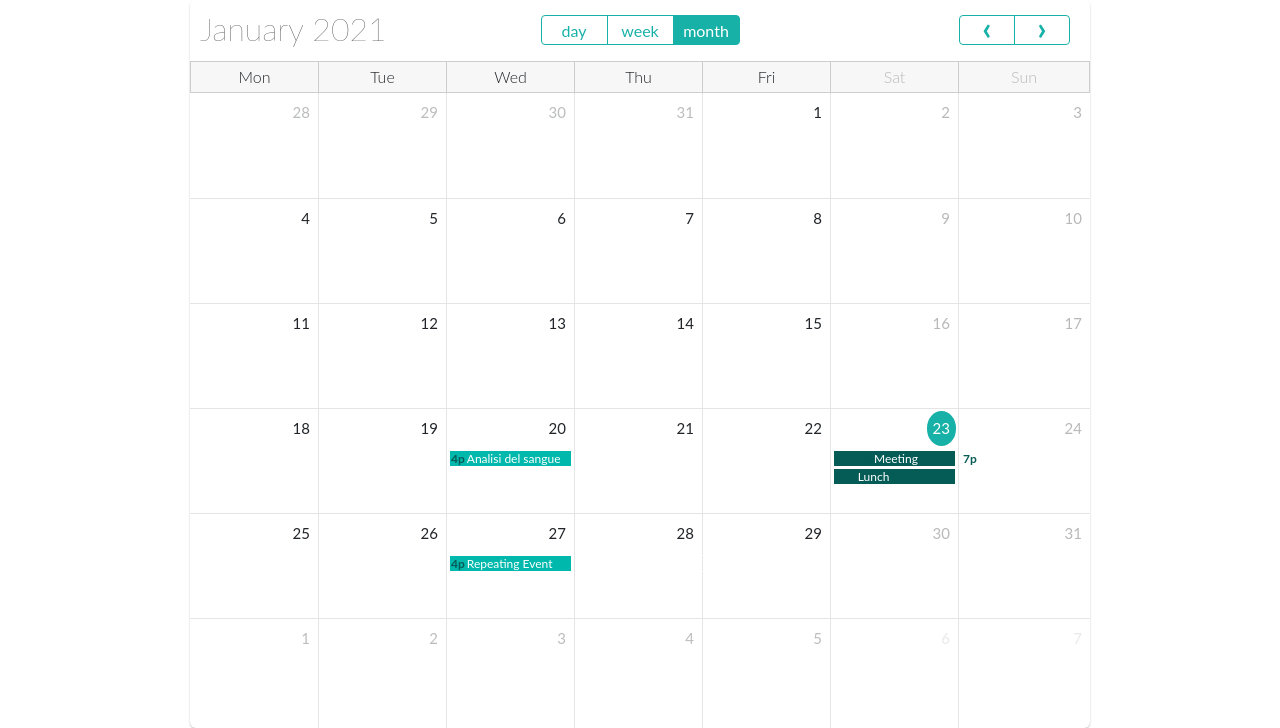
Repository: mohole/icare
Page: sviluppo/calendar/calendar.html
These files come from the project's save history. The page is drawn as it stood at one moment and after the next save; the edit follows.
The browser window is 1280 px wide. The pictures show the whole page.

Above is the page before, as saved 2021-01-25 09:34:37.

### sviluppo/calendar/calendar.html
<!DOCTYPE html>
<html lang="en">
   <head>
      <meta charset="UTF-8">
      <meta name="viewport" content="width=device-width, initial-scale=1.0">
      <!-- ===== CSS ===== -->
      <link rel="stylesheet" href="css/styles.css">
      <link rel="stylesheet" href="css/bootstrap.css">
<link href='css/fullcalendar.css' rel='stylesheet' />

<link rel="stylesheet" href="https://cdnjs.cloudflare.com/ajax/libs/Chart.js/2.9.4/Chart.css" integrity="sha512-C7hOmCgGzihKXzyPU/z4nv97W0d9bv4ALuuEbSf6hm93myico9qa0hv4dODThvCsqQUmKmLcJmlpRmCaApr83g==" crossorigin="anonymous" />
       <link rel="stylesheet" href="https://cdnjs.cloudflare.com/ajax/libs/Chart.js/2.9.4/Chart.css" integrity="sha512-C7hOmCgGzihKXzyPU/z4nv97W0d9bv4ALuuEbSf6hm93myico9qa0hv4dODThvCsqQUmKmLcJmlpRmCaApr83g==" crossorigin="anonymous" />

      <link href="https://fonts.googleapis.com/css2?family=Poppins&display=swap" rel="stylesheet">
      <link rel="stylesheet" href="https://use.fontawesome.com/releases/v5.15.1/css/all.css" integrity="sha384-vp86vTRFVJgpjF9jiIGPEEqYqlDwgyBgEF109VFjmqGmIY/Y4HV4d3Gp2irVfcrp" crossorigin="anonymous">

      <link href="https://fonts.googleapis.com/css2?family=Poppins&display=swap" rel="stylesheet">
      <link rel="stylesheet" href="https://use.fontawesome.com/releases/v5.15.1/css/all.css" integrity="sha384-vp86vTRFVJgpjF9jiIGPEEqYqlDwgyBgEF109VFjmqGmIY/Y4HV4d3Gp2irVfcrp" crossorigin="anonymous">
     <title> CALENDAR </title>
   </head>
   <body>


         </h1>

         </h1>
      </div>
      </div>






   </div>

 </div>
</section>











<div>




</head>
<body>
<div id='wrap'>

<div id='calendar'></div>



</body>




<script src='js/jquery-1.10.2.js' type="text/javascript"></script>
<script src='js/fullcalendar.js' type="text/javascript"></script>



<!-- libreria da usare

</html>

### sviluppo/calendar/css/fullcalendar.css
:root{
	--nav-width: 92px;
	/*===== Colores =====*/
	--first-color:#18B1A8;
		--event-color: #055c56;
	--sub-color: #18B1A8;
	--event-color2: #00b8ac;
	--body-font: 'Poppins', sans-serif;
	--normal-font-size: 1rem;
	--small-font-size: .875rem;
	--z-fixed: 100;
  }

.fc {
	direction: ltr;
	text-align: left;
	}

.fc table {
	border-collapse: collapse;
	border-spacing: 0;
	}




.fc td,
.fc th {
	padding: 0;
	vertical-align: top;
	}



/* Header
------------------------------------------------------------------------*/

.fc-header td {
	white-space: nowrap;
	padding: 15px 10px 0px;
}

.fc-header-left {
	width: 25%;
	text-align: left;
}

.fc-header-center {
	text-align: center;
	}

.fc-header-right {
	width: 25%;
	text-align: right;
	}

.fc-header-title {
	display: inline-block;
	vertical-align: top;
	margin-top: -5px;
}

.fc-header-title h2 {
	margin-top: 0;
	white-space: nowrap;
	font-size: 32px;
    font-weight: 100;
    margin-bottom: 10px;
}

.fc .fc-header-space {
	padding-left: 10px;
	}

.fc-header .fc-button {
	margin-bottom: 1em;
	vertical-align: top;
	}

/* buttons edges butting together */

.fc-header .fc-button {
	margin-right: -1px;
	}

.fc-header .fc-corner-right,  /* non-theme */
.fc-header .ui-corner-right { /* theme */
	margin-right: 0; /* back to normal */
	}

/* button layering (for border precedence) */

.fc-header .fc-state-hover,
.fc-header .ui-state-hover {
	z-index: 2;
	}

.fc-header .fc-state-down {
	z-index: 3;
	}

.fc-header .fc-state-active,
.fc-header .ui-state-active {
	z-index: 4;
	}



/* Content
------------------------------------------------------------------------*/

.fc-content {
	clear: both;
	zoom: 1; /* for IE7, gives accurate coordinates for [un]freezeContentHeight */
	}

.fc-view {
	width: 100%;
	overflow: hidden;
	}



/* Cell Styles
------------------------------------------------------------------------*/

    /* <th>, usually */
.fc-widget-content {  /* <td>, usually */
	border: 1px solid #e5e5e5;
	}
.fc-widget-header{
    border-bottom: 1px solid #EEE;
}


.fc-state-highlight > div > div.fc-day-number{
    background-color: var(--first-color);
    color: #FFFFFF;
    border-radius: 50%;
    margin: 4px;
}

.fc-cell-overlay { /* semi-transparent rectangle while dragging */
	background-color: var(--first-color);
	opacity: .3;
	filter: alpha(opacity=30); /* for IE */
	}



/* Buttons
------------------------------------------------------------------------*/

.fc-button {
	position: relative;
	display: inline-block;
	padding: 0 .6em;
	overflow: hidden;
	height: 1.9em;
	line-height: 1.9em;
	white-space: nowrap;
	cursor: pointer;
	}

.fc-state-default { /* non-theme */
	border: 1px solid;
	}

.fc-state-default.fc-corner-left { /* non-theme */
	border-top-left-radius: 4px;
	border-bottom-left-radius: 4px;
	}

.fc-state-default.fc-corner-right { /* non-theme */
	border-top-right-radius: 4px;
	border-bottom-right-radius: 4px;
	}

/*
	Our default prev/next buttons use HTML entities like &lsaquo; &rsaquo; &laquo; &raquo;
	and we'll try to make them look good cross-browser.
*/

.fc-text-arrow {
	margin: 0 .4em;
	font-size: 2em;
	line-height: 23px;
	vertical-align: baseline; /* for IE7 */
	}

.fc-button-prev .fc-text-arrow,
.fc-button-next .fc-text-arrow { /* for &lsaquo; &rsaquo; */
	font-weight: bold;
	}

/* icon (for jquery ui) */

.fc-button .fc-icon-wrap {
	position: relative;
	float: left;
	top: 50%;
	}

.fc-button .ui-icon {
	position: relative;
	float: left;
	margin-top: -50%;
	*margin-top: 0;
	*top: -50%;
	}


.fc-state-default {
	border-color: var(--first-color);
	color: var(--first-color);
}
.fc-button-month.fc-state-default, .fc-button-agendaWeek.fc-state-default, .fc-button-agendaDay.fc-state-default{
    min-width: 67px;
	text-align: center;
	transition: all 0.2s;
	-webkit-transition: all 0.2s;
}
.fc-state-hover,
.fc-state-down,
.fc-state-active,
.fc-state-disabled {
	color: #333333;
	background-color: #FFE3E3;
	}

.fc-state-hover {
	color: var(--first-color);
	text-decoration: none;
	background-position: 0 -15px;
	-webkit-transition: background-position 0.1s linear;
	   -moz-transition: background-position 0.1s linear;
	     -o-transition: background-position 0.1s linear;
	        transition: background-position 0.1s linear;
	}

.fc-state-down,
.fc-state-active {
	background-color:var(--first-color);

	background-image: none;
	outline: 0;
	color: #FFFFFF;
}

.fc-state-disabled {
	cursor: default;
	background-image: none;
	background-color: #FFE3E3;
	filter: alpha(opacity=65);
	box-shadow: none;
	border:1px solid #FFE3E3;
	color:var(--first-color);

	}



/* Global Event Styles
------------------------------------------------------------------------*/

.fc-event-container > * {
	z-index: 8;
	}

.fc-event-container > .ui-draggable-dragging,
.fc-event-container > .ui-resizable-resizing {
	z-index: 9;
	}

.fc-event {
	border: 1px solid #FFF; /* default BORDER color */

	color:black;               /* default TEXT color */
	font-size: 12px;
	cursor: default;
}
.fc-event.chill{
	background: var(--event-color2);
}
.fc-event.info{
	background: var(--event-color2);
}
.fc-event.important{
    background-color: var(--event-color);
}
.fc-event.success{	background: var(--event-color);
}
.fc-event:hover{
    opacity: 0.7;
}
a.fc-event {
	text-decoration: none;
	}

a.fc-event,
.fc-event-draggable {
	cursor: pointer;
	}

.fc-rtl .fc-event {
	text-align: right;
	}

.fc-event-inner {
	width: 100%;
	height: 100%;
	overflow: hidden;
	line-height: 15px;
	}

.fc-event-time,
.fc-event-title {
	color: white;
	padding: 0 1px;
	}

.fc .ui-resizable-handle {
	display: block;
	position: absolute;
	z-index: 99999;
	overflow: hidden; /* hacky spaces (IE6/7) */
	font-size: 300%;  /* */
	line-height: 50%; /* */
	}



/* Horizontal Events
------------------------------------------------------------------------*/

.fc-event-hori {
	border-width: 1px 0;
	margin-bottom: 1px;
	}

.fc-ltr .fc-event-hori.fc-event-start,
.fc-rtl .fc-event-hori.fc-event-end {
	border-left-width: 1px;
	/*
border-top-left-radius: 3px;
	border-bottom-left-radius: 3px;
*/
	}

.fc-ltr .fc-event-hori.fc-event-end,
.fc-rtl .fc-event-hori.fc-event-start {
	border-right-width: 1px;
	/*
border-top-right-radius: 3px;
	border-bottom-right-radius: 3px;
*/
	}

/* resizable */

.fc-event-hori .ui-resizable-e {
	top: 0           !important; /* importants override pre jquery ui 1.7 styles */
	right: -3px      !important;
	width: 7px       !important;
	height: 100%     !important;
	cursor: e-resize;
	}

.fc-event-hori .ui-resizable-w {
	top: 0           !important;
	left: -3px       !important;
	width: 7px       !important;
	height: 100%     !important;
	cursor: w-resize;
	}

.fc-event-hori .ui-resizable-handle {
	_padding-bottom: 14px; /* IE6 had 0 height */
	}



/* Reusable Separate-border Table
------------------------------------------------------------*/

table.fc-border-separate {
	border-collapse: separate;
	}

.fc-border-separate th,
.fc-border-separate td {
	border-width: 1px 0 0 1px;
	}

.fc-border-separate th.fc-last,
.fc-border-separate td.fc-last {
	border-right-width: 1px;
	}


.fc-border-separate .fc-week .fc-first{
    border-left: 0;
}
.fc-border-separate .fc-week .fc-last{
    border-right: 0;
}
.fc-border-separate tr.fc-last th{
    border-bottom-width: 1px;
    border-color: #cdcdcd;
    font-size: 16px;
    font-weight: 300;
	line-height: 30px;
}
.fc-border-separate tbody tr.fc-first td,
.fc-border-separate tbody tr.fc-first th {
	border-top-width: 0;
	}



/* Month View, Basic Week View, Basic Day View
------------------------------------------------------------------------*/

.fc-grid th {
	text-align: center;
	}

.fc .fc-week-number {
	width: 22px;
	text-align: center;
	}

.fc .fc-week-number div {
	padding: 0 2px;
	}

.fc-grid .fc-day-number {
	float: right;
	padding: 0 2px;
	}

.fc-grid .fc-other-month .fc-day-number {
	opacity: 0.3;
	filter: alpha(opacity=30); /* for IE */
	/* opacity with small font can sometimes look too faded
	   might want to set the 'color' property instead
	   making day-numbers bold also fixes the problem */
	}

.fc-grid .fc-day-content {
	clear: both;
	color: var(--event-color);
	padding: 2px 2px 1px; /* distance between events and day edges */
	}

/* event styles */

.fc-grid .fc-event-time {
	font-weight: bold;
	color: var(--event-color);
	}

/* right-to-left */

.fc-rtl .fc-grid .fc-day-number {
	float: left;
	}

.fc-rtl .fc-grid .fc-event-time {
	float: right;
	}



/* Agenda Week View, Agenda Day View
------------------------------------------------------------------------*/

.fc-agenda table {
	border-collapse: separate;
	}

.fc-agenda-days th {
	text-align: center;
	}

.fc-agenda .fc-agenda-axis {
	width: 50px;
	padding: 0 4px;
	vertical-align: middle;
	text-align: right;
	white-space: nowrap;
	font-weight: normal;
	}

.fc-agenda .fc-week-number {
	font-weight: bold;
	}

.fc-agenda .fc-day-content {
	padding: 2px 2px 1px;
	}

/* make axis border take precedence */

.fc-agenda-days .fc-agenda-axis {
	border-right-width: 1px;
	}

.fc-agenda-days .fc-col0 {
	border-left-width: 0;
	}

/* all-day area */

.fc-agenda-allday th {
	border-width: 0 1px;
	}

.fc-agenda-allday .fc-day-content {
	min-height: 34px; /* TODO: doesnt work well in quirksmode */
	_height: 34px;
	}

/* divider (between all-day and slots) */

.fc-agenda-divider-inner {
	height: 2px;
	overflow: hidden;
	}

.fc-widget-header .fc-agenda-divider-inner {
	background: #eee;
	}

/* slot rows */

.fc-agenda-slots th {
	border-width: 1px 1px 0;
	}

.fc-agenda-slots td {
	border-width: 1px 0 0;
	background: none;
	}

.fc-agenda-slots td div {
	height: 20px;
	}

.fc-agenda-slots tr.fc-slot0 th,
.fc-agenda-slots tr.fc-slot0 td {
	border-top-width: 0;
	}

.fc-agenda-slots tr.fc-minor th.ui-widget-header {
	*border-top-style: solid; /* doesn't work with background in IE6/7 */
	}



/* Vertical Events
------------------------------------------------------------------------*/

.fc-event-vert {
	border-width: 0 1px;
	}

.fc-event-vert.fc-event-start {
	border-top-width: 1px;
	border-top-left-radius: 3px;
	border-top-right-radius: 3px;
	}

.fc-event-vert.fc-event-end {
	border-bottom-width: 1px;
	border-bottom-left-radius: 3px;
	border-bottom-right-radius: 3px;
	}

.fc-event-vert .fc-event-time {
	white-space: nowrap;
	font-size: 10px;
	}

.fc-event-vert .fc-event-inner {
	position: relative;
	z-index: 2;
	}

.fc-event-vert .fc-event-bg { /* makes the event lighter w/ a semi-transparent overlay  */
	position: absolute;
	z-index: 1;
	top: 0;
	left: 0;
	width: 100%;
	height: 100%;
	background: #fff;
	opacity: .25;
	filter: alpha(opacity=25);
	}

.fc .ui-draggable-dragging .fc-event-bg, /* TODO: something nicer like .fc-opacity */
.fc-select-helper .fc-event-bg {
	display: none\9; /* for IE6/7/8. nested opacity filters while dragging don't work */
	}

/* resizable */

.fc-event-vert .ui-resizable-s {
	bottom: 0        !important; /* importants override pre jquery ui 1.7 styles */
	width: 100%      !important;
	height: 8px      !important;
	overflow: hidden !important;
	line-height: 8px !important;
	font-size: 11px  !important;
	font-family: monospace;
	text-align: center;
	cursor: s-resize;
	}

.fc-agenda .ui-resizable-resizing { /* TODO: better selector */
	_overflow: hidden;
	}

thead tr.fc-first{
    background-color: #f7f7f7;
}
table.fc-header{
    background-color: #FFFFFF;
    border-radius: 6px 6px 0 0;
}

.fc-week .fc-day > div .fc-day-number{
    font-size: 15px;
    margin: 2px;
    min-width: 19px;
    padding: 6px;
    text-align: center;
}
.fc-sun, .fc-sat{
    color: #b8b8b8;
}

.fc-week .fc-day:hover .fc-day-number{
    background-color: #B8B8B8;
    border-radius: 50%;
    color: #FFFFFF;
    transition: background-color 0.2s;
}
.fc-week .fc-day.fc-state-highlight:hover .fc-day-number{

	background-color:var(--first-color);
}
.fc-button-today{
    border: 1px solid rgba(255,255,255,.0);
}
.fc-view-agendaDay thead tr.fc-first .fc-widget-header{
    text-align: right;
    padding-right: 10px;
}




#calendar{
  margin-left: auto;
  margin-right: auto;
  width: 320px;
  font-family: 'Lato', sans-serif;
}
#calendar_weekdays div{
  display:inline-block;
  vertical-align:top;
}
#calendar_content, #calendar_weekdays, #calendar_header{
  position: relative;
  width: 320px;
  overflow: hidden;
  float: left;
  z-index: 10;
}
#calendar_weekdays div, #calendar_content div{
  width:40px;
  height: 40px;
  overflow: hidden;
  text-align: center;
  background-color: #FFFFFF;
  color: #787878;
}
#calendar_content{
  -webkit-border-radius: 0px 0px 12px 12px;
  -moz-border-radius: 0px 0px 12px 12px;
  border-radius: 0px 0px 12px 12px;
}
#calendar_content div{
  float: left;
}
#calendar_content div:hover{
  background-color: #F8F8F8;
}
#calendar_content div.blank{
  background-color: #E8E8E8;
}
#calendar_header, #calendar_content div.today{
  zoom: 1;
  filter: alpha(opacity=70);
  opacity: 0.7;
}
#calendar_content div.today{
  color: #FFFFFF;
}
#calendar_header{
  width: 100%;
  height: 37px;
  text-align: center;
  background-color: #FF6860;
  padding: 18px 0;
  -webkit-border-radius: 12px 12px 0px 0px;
  -moz-border-radius: 12px 12px 0px 0px;
  border-radius: 12px 12px 0px 0px;
}
#calendar_header h1{
  font-size: 1.5em;
  color: #FFFFFF;
  float:left;
  width:70%;
}
i[class^=icon-chevron]{
  color: #FFFFFF;
  float: left;
  width:15%;
  border-radius: 50%;
}







.external-event { /* try to mimick the look of a real event */
  margin: 10px 0;
  padding: 2px 4px;
  background: #3366CC;
  color: rgb(0, 0, 0);
  font-size: .85em;
  cursor: pointer;
  }

#external-events p {
  margin: 1.5em 0;
  font-size: 11px;
  color: #666;
  }

#external-events p input {
  margin: 0;
  vertical-align: middle;
  }

#calendar {
/* 		float: right; */
      margin: 0 auto;
  width: 900px;
  background-color: #FFFFFF;
    border-radius: 6px;
      box-shadow: 0 1px 2px #C3C3C3;
  }

Loaded but not shown: sviluppo/calendar/css/bootstrap.css (library); sviluppo/calendar/js/jquery-1.10.2.js (library); sviluppo/calendar/js/fullcalendar.js (library); sviluppo/calendar/css/styles.css (733 lines, source omitted)

After the next save:
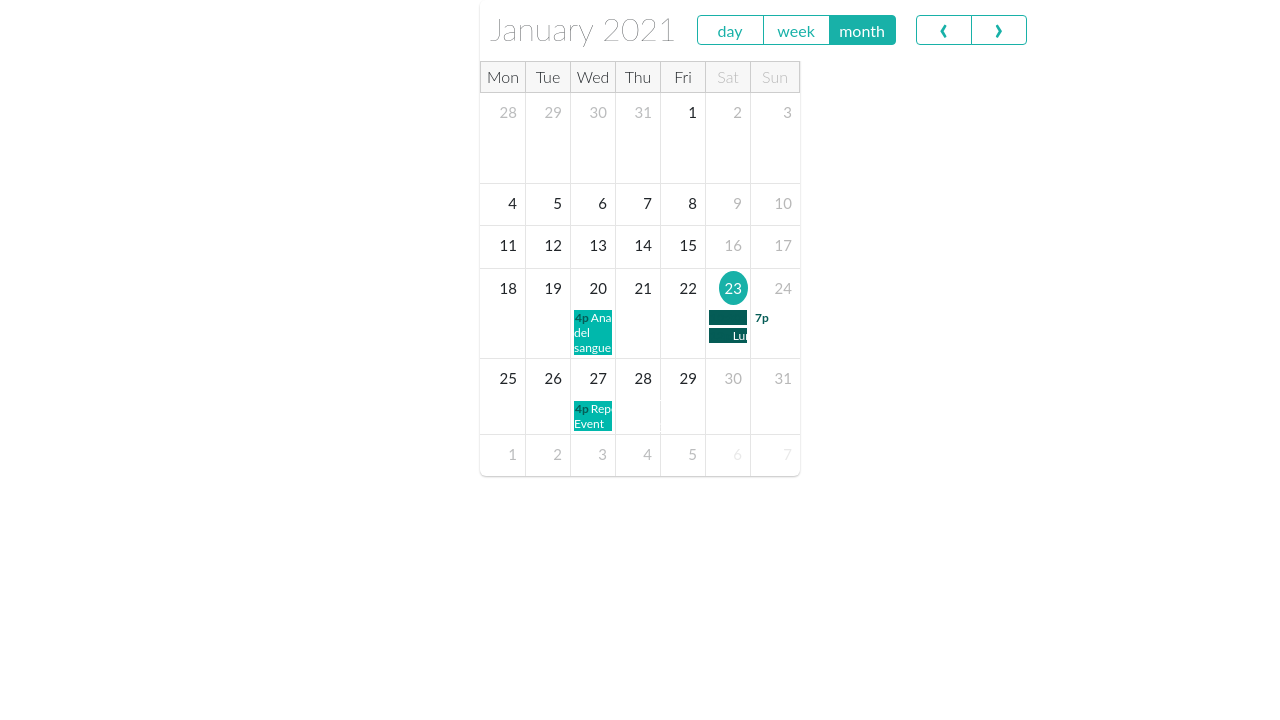
Saved 31 s later.
--- a/sviluppo/calendar/css/fullcalendar.css
+++ b/sviluppo/calendar/css/fullcalendar.css
@@ -731,38 +731,3 @@ i[class^=icon-chevron]{
   width:15%;
   border-radius: 50%;
 }
-
-
-
-
-
-
-
-.external-event { /* try to mimick the look of a real event */
-  margin: 10px 0;
-  padding: 2px 4px;
-  background: #3366CC;
-  color: rgb(0, 0, 0);
-  font-size: .85em;
-  cursor: pointer;
-  }
-
-#external-events p {
-  margin: 1.5em 0;
-  font-size: 11px;
-  color: #666;
-  }
-
-#external-events p input {
-  margin: 0;
-  vertical-align: middle;
-  }
-
-#calendar {
-/* 		float: right; */
-      margin: 0 auto;
-  width: 900px;
-  background-color: #FFFFFF;
-    border-radius: 6px;
-      box-shadow: 0 1px 2px #C3C3C3;
-  }

After the save that followed:
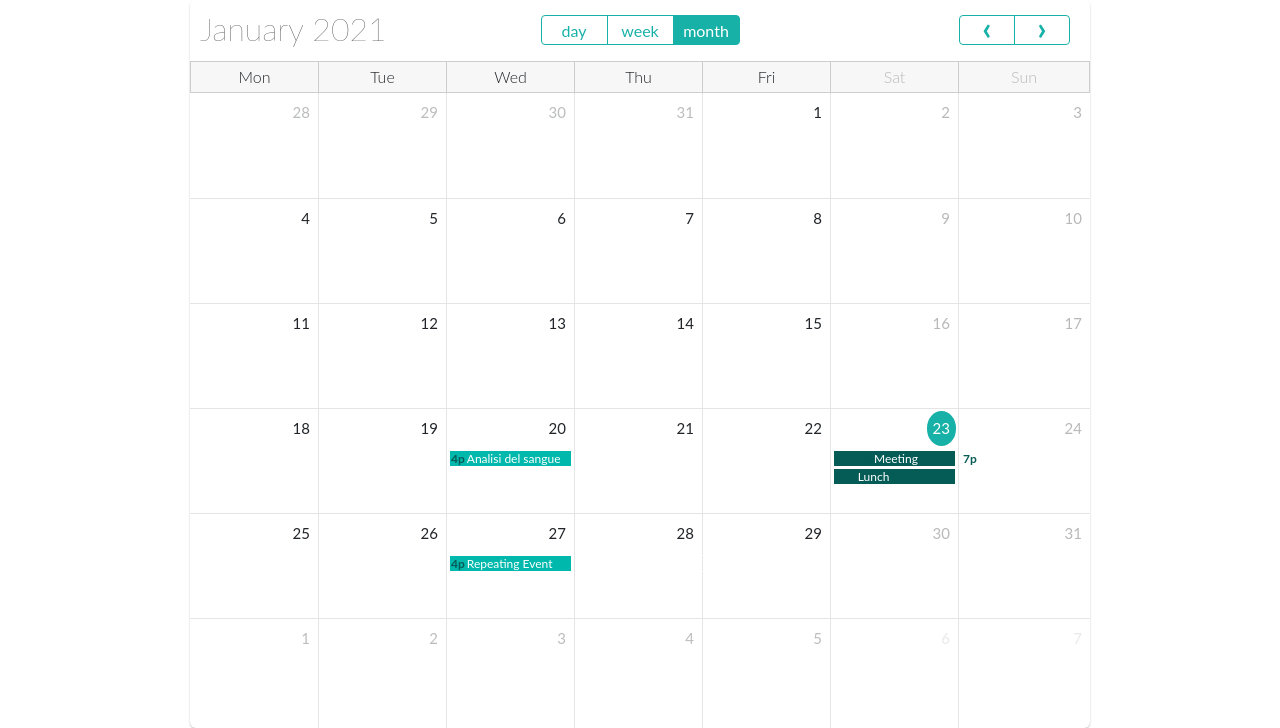
Saved 6 s later.
--- a/sviluppo/calendar/css/fullcalendar.css
+++ b/sviluppo/calendar/css/fullcalendar.css
@@ -731,3 +731,38 @@ i[class^=icon-chevron]{
   width:15%;
   border-radius: 50%;
 }
+
+
+
+
+
+
+
+.external-event { /* try to mimick the look of a real event */
+  margin: 10px 0;
+  padding: 2px 4px;
+  background: #3366CC;
+  color: rgb(0, 0, 0);
+  font-size: .85em;
+  cursor: pointer;
+  }
+
+#external-events p {
+  margin: 1.5em 0;
+  font-size: 11px;
+  color: #666;
+  }
+
+#external-events p input {
+  margin: 0;
+  vertical-align: middle;
+  }
+
+#calendar {
+/* 		float: right; */
+      margin: 0 auto;
+  width: 900px;
+  background-color: #FFFFFF;
+    border-radius: 6px;
+      box-shadow: 0 1px 2px #C3C3C3;
+  }
